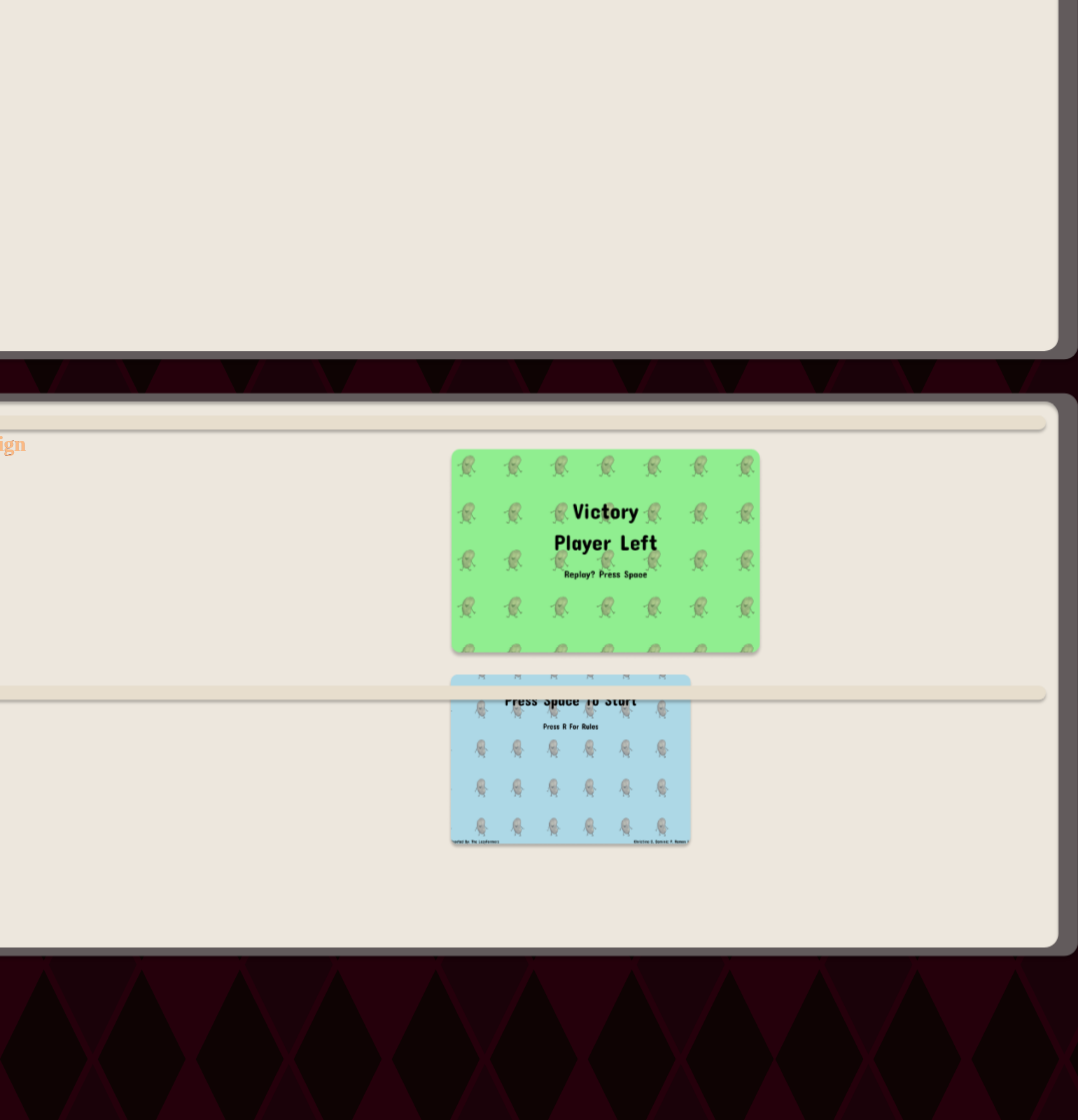
Repository: EMP-ChristinaC/Portfolio
Page: projects/potato-shuffle/potato.html
The author's editor kept a copy of each file at every save. The page is drawn from the files as they stood at one save, then again after the next save.
The browser window is 1280 px wide. The page is 1540 px wide, so the pictures cover 1540 px, including what lies to the right of the window. The pictures show the part of the page from y = 1285 to 2885 px (the page is 6194 px tall), at 70% of full size.
Some web fonts or font styles are not loaded; a fallback is used.

Above is the page before, as saved 2024-12-08 19:56:23.

### projects/potato-shuffle/potato.html
<!DOCTYPE html>
<html lang="en">

<head>
    <meta charset="UTF-8">
    <meta name="viewport" content="width=device-width, initial-scale=1.0">
    <title>CC- Project Potato Shuffle</title>
    <!--- ////////////////// OUTSIDE STYLES //////////////////-->


    <!--- ///////////////// GOOGLE FONTS  ////////////////////-->
    <link rel="preconnect" href="https://fonts.googleapis.com">
    <link rel="preconnect" href="https://fonts.gstatic.com" crossorigin>
    <link
        href="https://fonts.googleapis.com/css2?family=Overlock:ital,wght@0,400;0,700;0,900;1,400;1,700;1,900&family=Vast+Shadow&display=swap"
        rel="stylesheet">

    <!--- /////////////// MY STYLES ////////////////-->

    <link rel="stylesheet" href="potato.css">
    <link rel="stylesheet" href="../../nav.css">
    <link rel="stylesheet" href="media-style-phone-potato.css">
    <link rel="stylesheet" href="../../media-style-two.css">
    <link rel="stylesheet" href="media-style-mac-potato.css">

    <!--- //////////////// FAVICON LINKS ///////////////////-->
    <link rel="shortcut icon" href="../../image/logo.png" type="image/x-icon">
    <link rel="icon" href="../../image/logo.png" type="image/x-icon">

</head>

<body class="home-potato">

    <!--- /////////////////////// NAVIGATION /////////////////////-->
    <header class="navigation">
        <img class="nav-background" src="../../image/nav-background.png"
            alt="A decor for the nav, it holds a logo with diamond patterns in the background.">


        <a href="../../index.html " class="nav-home">Stage</a>
        <a href="../../about-page/about.html" class="nav-about">Director</a>
        <a href="../../contact-page/contact.html" class="nav-contact">Contact</a>
        <a href="../../main-project-page/projects.html" class="nav-projects current">Projects</a>
    </header>


    <!--- /////////////////////// ARROW BUTTON /////////////////////-->
    <a href="../../projects/sniffle/sniffle.html"><img src="../../image/left-arrow.png" class="side-button-left" alt="A."></a>


    <a href="../../projects/smash-n-dash/smash.html"><img src="../../image/right-arrow.png" class="side-button-right" alt="A."></a>



    <!--- /////////////////////// BOX OUTLINE ///////////////////////-->
    <div class="box-outline-outside-potato-overview">
        <div class="box-outline-inside-potato-overview"></div>

        <!-- <div class="dia-left-potato">
            <img src="../../image/Dia-bottom-left.png"
                alt="A diamond pattern decor that is placed onto the bottom left of the box outline">
        </div>

        <div class="dia-right-potato">
            <img src="../../image/Dia-top-right.png"
                alt="A diamond pattern decor that is placed onto the bottom left of the box outline">
        </div> -->


    <div class="box-outline-paragraph-potato">
        <div class="details-potato">
            <h2>About:</h2>
            <p>
                A digital coding game inspired by Hot Potato and WarioWare. It takes elements from both games and with
                the help of Makey-Makey, it creates a fun interactive game.
                <!-- <br><br>
                Here are some images of the game. -->
            </p>
        </div>
    </div>


    <div class="box-outline-type-potato">
        <div class="type-potato">
            <p> Project Type:
                <br>
                Interactive Game
                <br><br>
                Date:
                <br>
                December 2023
                <br><br>
                Link:
                <br>
                <a href="https://emp-christinac.github.io/Potato-Shuffle/index.html">Github</a>
                <br><br>
                Role:
                <br>
                Lead Coder
            </p>
        </div>

<!-- <div class="type-two">
    <p>
        Link:
        <br>
        <a href="https://emp-christinac.github.io/Potato-Shuffle/index.html">Github</a>
        <br><br>
        Role:
        <br>
        Lead Coder
    </p>
</div> -->


        <!-- <div class="type-potato-phone">
            <p> Project Type:
                <br>
                Digital Game
                <br><br>
                Date:
                <br>
                December 2023
            </p>
        </div> -->

        <!-- <div class="type-potato-phone-two">
            <p>
                Link:
                <br>
                <a href="https://empxnifl.github.io/Potato-Shuffle/index.html">Github</a>
                <br><br>
                Role:
                <br>
                Lead Coder
            </p>
        </div> -->
    </div>

    <div class="box-outline-credit">
        <div class="credit">
            <p>Credit to:
                <br>
                Roman Lopez [Lead Designer]
                <br>
                Dominic Perron [Lead Interaction]
            </p>
        </div>

        <div class="mc-overview">
            <img src="../../image/Main-Screen.png" alt="A overview of the project Potato Shuffle.">
        </div>

    </div>




    <div class="box-outline-heading-potato">
        <div class="potato-title">
            <h1>Potato Shuffle</h1>
        </div>
    </div>
</div>
    <!--- ////////////////////////-->
    <div class="box-outline-outside-potato-play">
        <div class="box-outline-inside-potato-play"></div>

        <div>
            <div class="play">
                <p>
                </p>
            </div>

    </div>


    <!--- ////////////////////////-->

    <div class="box-outline-outside-potato-progress">
        <div class="box-outline-inside-potato-progress"></div>

        <!-- <div class="dia-left-two-potato">
            <img src="../../image/Dia-bottom-left.png"
                alt="A diamond pattern decor that is placed onto the bottom left of the box outline">
        </div>

        <div class="dia-right-two-potato">
            <img src="../../image/Dia-top-right.png"
                alt="A diamond pattern decor that is placed onto the bottom left of the box outline">
        </div> -->

        <div class="box-outline-heading-two-potato">
            <div class="heading-two">
                <h1>Menu Design</h1>
            </div>
        </div>
        <div class="box-outline-heading-three-potato">
            <div class="heading-three">
                <h1>Sprites</h1>
            </div>
        </div>

        <div class="potato-menu-one">
            <img src="../../image/Home.png" alt="The home screen of the project.">
        </div>


        <div class="potato-menu-two">
            <img src="../../image/Victory.png" alt="The victory screen of the project.">
        </div>

        <!--- ////////////////////////-->

        <div class="potato-sprites">
            <img src="../../image/potato_sway.gif" alt="A potato gif that shows the potato swaying left and right.">
        </div>


        <div class="potato-sprites-two">
            <img src="../../image/Fail.gif" alt="A explosion gif that says boom.">
        </div>

        <div class="potato-sprites-three">
            <img src="../../image/potato_flip.gif" alt="A potato gif that shows the potato fliping.">
        </div>



    </div>


    <!--- ////////////////////////-->

    <div class="box-outline-outside-potato">
        <div class="box-outline-inside-potato"></div>
        <!-- <div class="dia-left-three-potato">
            <img src="../../image/Dia-bottom-left.png"
                alt="A diamond pattern decor that is placed onto the bottom left of the box outline">
        </div>

        <div class="dia-right-three-potato">
            <img src="../../image/Dia-top-right.png"
                alt="A diamond pattern decor that is placed onto the bottom left of the box outline">
        </div> -->


        <div class="box-outline-heading-four-potato">
            <div class="heading-four-potato">
                <h1>Mini-Game Design</h1>
            </div>

            <div class="potato-event-one">
                <img src="../../image/Event-1.png" alt="One of five mini-game from the project. It shows a character running.">
            </div>

            <div class="potato-event-two">
                <img src="../../image/Event-2.png"
                    alt="One of five mini-game from the project. It shows a character shooting at a muffen.">
            </div>


            <div class="potato-event-three">
                <img src="../../image/Event-3.png"
                    alt="One of five mini-game from the project. It shows a potato dropping into a basket.">
            </div>

            <div class="potato-event-four">
                <img src="../../image/Event-4.png"
                    alt="One of five mini-game from the project. It shows a character digging up a potato.">
            </div>


            <div class="potato-event-five">
                <img src="../../image/Event-5.png" alt="One of five mini-game from the project. It shows a potato being peeled.">
            </div>

        </div>

    </div>

    <!--- ////////////////////////-->

    <div class="box-outline-outside-foot">
        <div class="box-outline-inside-foot"></div>

            <footer class="section">
                <p>© 2024 by Christina Chan. Powered and secured by Github</p>

                <div>
                    <a class="github" href="https://github.com/EMP-ChristinaC"> <img src="../../image/Github-icon.png"
                            alt="Github icon image."></a>

                    <a class="twitter" href="https://x.com/EMP_Nifl"> <img src="../../image/Twitter-Icon.png"
                            alt="Twitter icon image."></a>

                    <a class="discord" href="https://discordapp.com/users/456539039286165514"> <img src="../../image/discord-icon.webp"
                            alt="Discord icon image."></a>

                    <a class="linkedin" href="https://www.linkedin.com/in/christina-chan-290a29323/"> <img src="../../image/Linkedin-icon.webp"
                            alt="Linkedin icon image."></a>
                </div>

            </footer>
    </div>
    <!--- /////////////////////// DECOR  ///////////////////////-->


    <!-- <div class="left-curtain">
        <img src="../../image/curtains-left.png" alt="A curtain decor that is placed on the left side of the website.">
    </div>

    <div class="right-curtain">
        <img src="../../image/curtain-right.png" alt="A curtain decor that is placed on the right side of the website.">
    </div> -->

    <!--- /////////////////////// TEXT ///////////////////////-->


    <!--- /////////////////////// IMAGES ///////////////////////-->


    <!--- ////////////////////////-->




    <!--- ////////////////////////-->



</body>

</html>

### projects/potato-shuffle/potato.css

/*///////////////////////////////// Box Outline ////////////////////////////*/
.box-outline-outside-potato-overview,
.box-outline-outside-potato-progress,
.box-outline-outside-potato-play {
    width: 1800px;
    height: 804px;
    background: rgba(98, 91, 92);
    box-shadow: 0px 4px 4px rgba(0, 0, 0, 0.25);
    border-radius: 20px;
}

.box-outline-outside-potato-overview {
    position: absolute;
    top: 50%;
    left: 50%;
    transform: translate(-50%, -27%);
}

.box-outline-outside-potato-play {
    position: absolute;
    top: 50%;
    left: 50%;
    transform: translate(-50%, 79%);
}

.box-outline-outside-potato-progress {
    position: absolute;
    top: 50%;
    left: 50%;
    transform: translate(-50%, 56%);
}

/*//////////////////////////////////*/


.box-outline-outside-potato {
    width: 1800px;
    height: 990px;
    background: rgba(98, 91, 92);
    box-shadow: 0px 4px 4px rgba(0, 0, 0, 0.25);
    border-radius: 20px;
}

.box-outline-outside-potato {
    position: absolute;
    top: 50%;
    left: 50%;
    transform: translate(-50%, 2340px);
}



/*//////////////////////////////////////////////////////////////////////////////*/

.box-outline-inside-potato-overview,
.box-outline-inside-potato-progress,
.box-outline-inside-potato-play {
    width: 1745px;
    height: 780px;
    background: #EDE7DD;
    box-shadow: 0px 4px 4px rgba(0, 0, 0, 0.25) inset;
    border-radius: 20px;
}

.box-outline-inside-potato-play {
    position: absolute;
    top: 1.5%;
    left: 1.5%;
}

.box-outline-inside-potato-overview {
    position: absolute;
    top: 1.5%;
    left: 1.5%;
    /* transform: translate(-50%, -26.3%); */
}


.box-outline-inside-potato-progress {
    position: absolute;
    top: 1.5%;
    left: 1.5%;
    /* transform: translate(-50%, 84%); */
}


.box-outline-inside-potato {
    width: 1745px;
    height: 960px;
    background: #EDE7DD;
    box-shadow: 0px 4px 4px rgba(0, 0, 0, 0.25) inset;
    border-radius: 20px;
}

.box-outline-inside-potato {
    position: absolute;
    top: 1.5%;
    left: 1.5%;
    /* transform: translate(-50%, 1506px); */
}



/*///////////////////////////HEADING BOX////////////////////////////*/



.box-outline-heading-potato {
    width: 1700px;
    height: 20px;
    background: #E7DECD;
    box-shadow: 0px 4px 4px rgba(0, 0, 0, 0.25);
    border-radius: 20px;
    z-index: 1;
}

.box-outline-heading-potato {
    position: absolute;
    top: 28%;
    left: 50%;
    transform: translate(-50%, -920%);
}



.box-outline-heading-two-potato,
.box-outline-heading-three-potato,
.box-outline-heading-four-potato {
    width: 1700px;
    height: 20px;
    background: #E7DECD;
    box-shadow: 0px 4px 4px rgba(0, 0, 0, 0.25);
    border-radius: 20px;
    z-index: 1;
    position: absolute;

}

.box-outline-heading-two-potato {
    /* transform: translate(-50%, 1270%); */
    top: 4%;
    left: 3%;
}

.box-outline-heading-three-potato {
    /* transform: translate(-50%, 1900%); */
    top: 52%;
    left: 3%;
}

.box-outline-heading-four-potato {
    /* transform: translate(-50%, 2800%); */

}

.box-outline-heading-five-potato {
    /* transform: translate(-50%, 3450%); */

}

/*/////////////////////////////////////*/

.box-outline-paragraph-potato,
.box-outline-type-potato,
.box-outline-credit {
    /* background: #E7DECD;
    box-shadow: 0px 4px 4px rgba(0, 0, 0, 0.25);
    border-radius: 20px; */
    position: absolute;
    top: 50%;
    left: 30%;
}


.box-outline-paragraph-potato {
    width: 375px;
    height: 330px;
    transform: translate(-116%, -10%);
    z-index: 1;
}


.box-outline-type-potato {
    width: 375px;
    height: 200px;
    transform: translate(-116%, 90%);
    z-index: 1;
}

.box-outline-credit {
    width: 375px;
    height: 60px;
    transform: translate(-30%, 350%);
    z-index: 1;
}



/*/////////////////////////////////////*/

.box-outline-outside-foot {
    width: 100%;
    height: 200px;
    background: rgba(98, 91, 92);
    box-shadow: 0px 4px 4px rgba(0, 0, 0, 0.25);
    border-radius: 20px 20px 0 0;
    position: absolute;
    top: 50%;
    left: 50%;
    transform: translate(-50%, 1690%);
}

/*/////////////////////////////////////*/

.box-outline-inside-foot {
    width: 99%;
    height: 185px;
    position: absolute;
    background: #EDE7DD;
    box-shadow: 0px 4px 4px rgba(0, 0, 0, 0.25) inset;
    border-radius: 20px 20px 0 0;
    position: absolute;
    /* transform: translate(-50%, 1359%); */
    top: 8%;
    left: 0.5%;
}



/*///////////////////////////////// Decor ////////////////////////////*/

.dia-left-potato img {
    position: absolute;
    top: 27%;
    left: 50%;
    transform: translate(-384%, 205%);
}

.dia-right-potato img {
    position: absolute;
    top: 27%;
    right: 50%;
    transform: translate(385%, -107%);
}

/*//////////////////////////////////////////////////////////////////////*/

.dia-left-two-potato img {
    position: absolute;
    top: -80%;
    left: 50%;
    transform: translate(-384%, 656%);
}

.dia-right-two-potato img {
    position: absolute;
    top: -80%;
    right: 50%;
    transform: translate(385%, 344%);
}

/*/////////////////////////////////////*/

.dia-left-three-potato img {
    position: absolute;
    top: -186%;
    left: 50%;
    transform: translate(-384%, 1378%);
}

.dia-right-three-potato img {
    position: absolute;
    top: -186%;
    right: 50%;
    transform: translate(385%, 972%);
}

/*/////////////////////////////////////*/

.left-curtain {
    position: fixed;
    top: 0%;
    left: 11%;
    transform: translate(-100%);
}

.right-curtain {
    position: fixed;
    top: 0%;
    right: 11%;
    transform: translate(100%);
}

/*///////////////////////////////// Heading Text ////////////////////////////*/

.potato-title {
    width: 827px;
    text-align: center;
    color: #FABA84;
    font-size: 25px;
    font-family: Vast Shadow;
    font-weight: 400;
    -webkit-text-stroke: 0.1px #4C0B13;
    z-index: 1;
}

.potato-title {
    position: absolute;
    top: -20%;
    left: -9%;
    /* transform: translate(-50%, -320%); */
}


.heading-two,
.heading-three,
.heading-four-potato {
    width: 827px;
    text-align: center;
    color: #FABA84;
    font-family: Vast Shadow;
    font-weight: 400;
    -webkit-text-stroke: 0.1px #4C0B13;
    z-index: 1;
    position: absolute;
    top: 20%;
    left: -15%;
    font-size: 15px;
}



/*///////////////////////////////// Paragraph Text ////////////////////////////*/

.details-potato p,
.details-potato h2,
.type-potato p,
.type-two p,
.credit p {
    color: #1E1E1E;
    font-family: Overlock;
    font-weight: 900;

}
.details-potato h2 {
    width: 600px;
    font-size: 35px;
    line-height: 32px;
    letter-spacing: 2px;
    position: absolute;
    top: -70%;
    left: 5%;
    z-index: 1;
}

.details-potato p {
    width: 600px;
    font-size: 25px;
    line-height: 32px;
    letter-spacing: 2px;
    position: absolute;
    top: -55%;
    left: 5%;
    z-index: 1;
    /* transform: translate(-90%, -28%); */

}

.type-potato p {
    width: 440px;
    font-size: 25px;
    line-height: 28px;
    letter-spacing: 2px;
    position: absolute;
    top: -100%;
    left: 5%;
    /* transform: translate(-95%, 105%); */
    z-index: 1;

}

.type-two p {
    width: 440px;
    font-size: 25px;
    line-height: 28px;
    letter-spacing: 2px;
    position: absolute;
    top: 0%;
    left: 64%;
    /* transform: translate(-42%, 420%); */
    z-index: 1;
}

.credit p {
    width: 440px;
    font-size: 25px;
    line-height: 32px;
    letter-spacing: 2px;
    position: absolute;
    top: -385%;
    left: 5%;
    /* transform: translate(-42%, 420%); */
    z-index: 1;
}





/*/////////////////////////////////////*/

footer.section {
    text-align: center;
    color: black;
    font-size: 14px;
    font-family: Overlock;
    font-weight: 400;

    width: 500px;
    position: absolute;
    top: 50%;
    left: 50%;
    transform: translate(-53%, 80%);

}

footer.section p {
    width: 100%;
    height: 100%;
    transform: translate(1%, 35%);
}


/*///////////////////////////////// Images ////////////////////////////*/


.mc-overview {
    width: 775px;
    height: 675px;
    position: absolute;
    top: -750%;
    left: 155%;
    overflow: hidden;
    box-shadow: 0px 4px 4px rgba(0, 0, 0, 0.25);
    border-radius: 30px;
    transform: translate(-8%, -11%);
    }



.mc-overview img {
    width: 100%;
    height: 105%;
    object-fit: cover;
    transform: translate(-0%, 0%);

    transition: all 0.3s ease-in-out;
}


.potato {
    width: 258px;
    height: 547px;
    box-shadow: 0px 4px 4px rgba(0, 0, 0, 0.25);
    border-radius: 20px;
    background-position: center;

    position: absolute;
    top: 50%;
    left: 50%;
    transform: translate(70%, 302%);
}

.potato-projects {
    width: 258px;
    height: 547px;
    box-shadow: 0px 4px 4px rgba(0, 0, 0, 0.25);
    border-radius: 20px;
    background-position: center;

    position: absolute;
    top: 50%;
    left: 50%;
    transform: translate(70%, -5%);
}

.potato-menu-one img {
    width: 350px;
    height: 250px;
    position: absolute;
    top: 50%;
    left: 50%;
    /* transform: translate(-110%, 310%); */
}

.potato-menu-two img {
    width: 450px;
    height: 300px;
    position: absolute;
    top: 10%;
    left: 50%;
    /* transform: translate(10%, 310%); */
}


.potato-sprites img {
    width: 300px;
    height: 300px;
    position: absolute;
    top: 50%;
    left: 50%;
    transform: translate(-150%, 370%);
}

.potato-sprites-two img {
    width: 300px;
    height: 300px;
    position: absolute;
    top: 50%;
    left: 50%;
    transform: translate(-50%, 370%);
}

.potato-sprites-three img {
    width: 300px;
    height: 300px;
    position: absolute;
    top: 50%;
    left: 50%;
    transform: translate(50%, 370%);
}

.potato-event-one img {
    width: 409px;
    height: 266px;
    position: absolute;
    top: 50%;
    left: 50%;
    transform: translate(-105%, 610%);
}

.potato-event-two img {
    width: 409px;
    height: 266px;
    position: absolute;
    top: 50%;
    left: 50%;
    transform: translate(4%, 610%);
}

.potato-event-three img {
    width: 409px;
    height: 266px;
    position: absolute;
    top: 50%;
    left: 50%;
    transform: translate(-105%, 715%);
}

.potato-event-four img {
    width: 409px;
    height: 266px;
    position: absolute;
    top: 50%;
    left: 50%;
    transform: translate(4%, 715%);
}

.potato-event-five img {
    width: 409px;
    height: 266px;
    position: absolute;
    top: 50%;
    left: 50%;
    transform: translate(-105%, 820%);
}

/*/////////////////////////////////////*/
.github {
    width: 45px;
    height: 45px;
    position: absolute;
    top: 50%;
    left: 50%;
    overflow: hidden;
    box-shadow: 0px 4px 4px rgba(0, 0, 0, 0.25);
    border-radius: 30px;
    transform: translate(-250%, -180%);
}

.github img {
    width: 100%;
    height: 100%;
    object-fit: cover;
    transition: all 0.3s ease-in-out;
    transform: translate(0%, 0%);
}

.twitter {
    width: 45px;
    height: 45px;
    position: absolute;
    top: 50%;
    left: 50%;
    overflow: hidden;
    box-shadow: 0px 4px 4px rgba(0, 0, 0, 0.25);
    border-radius: 30px;
    transform: translate(-100%, -180%);
}

.twitter img {
    width: 100%;
    height: 100%;
    object-fit: cover;
    transition: all 0.3s ease-in-out;
    transform: translate(-0%, -0%);
}


.discord {
    width: 45px;
    height: 45px;
    position: absolute;
    top: 50%;
    left: 50%;
    overflow: hidden;
    box-shadow: 0px 4px 4px rgba(0, 0, 0, 0.25);
    border-radius: 30px;
    transform: translate(50%, -180%);
}

.discord img {
    width: 100%;
    height: 100%;
    object-fit: cover;
    transition: all 0.3s ease-in-out;
    transform: translate(-0%, -0%);
}


.linkedin {
    width: 45px;
    height: 45px;
    position: absolute;
    top: 50%;
    left: 50%;
    overflow: hidden;
    box-shadow: 0px 4px 4px rgba(0, 0, 0, 0.25);
    border-radius: 30px;
    transform: translate(200%, -180%);
}

.linkedin img {
    width: 100%;
    height: 100%;
    object-fit: cover;
    transition: all 0.3s ease-in-out;
    transform: translate(-0%, -0%);
}

### media-style-two.css
@media screen and (max-width: 1660px) {

    .left-curtain {
        display: none;
    }

    .right-curtain {
        display: none;
    }

}

Loaded but not shown: projects/potato-shuffle/media-style-phone-potato.css (424 lines, source omitted); nav.css (208 lines, source omitted); projects/potato-shuffle/media-style-mac-potato.css (93 lines, source omitted)

After the next save:
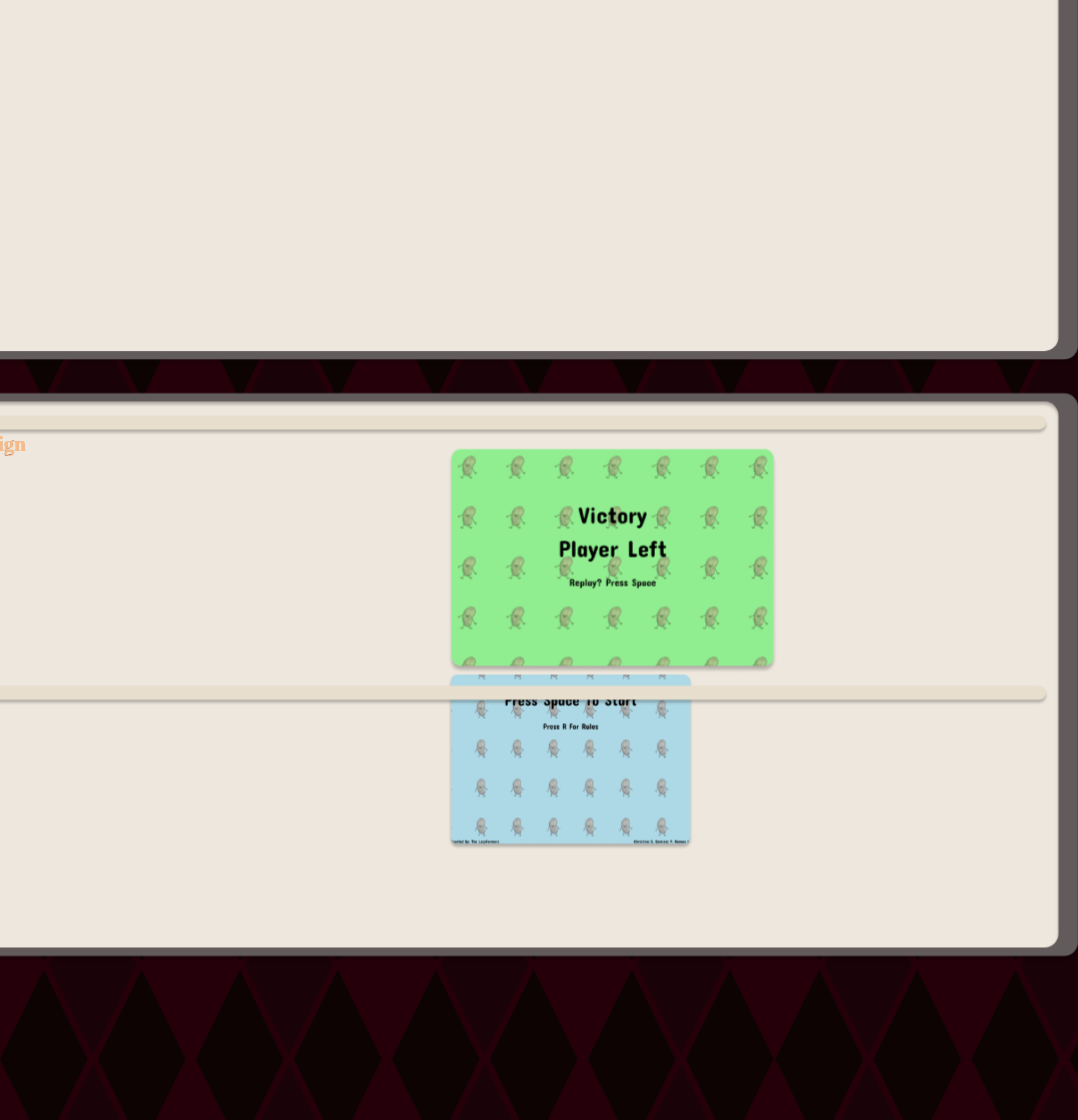
Saved 9 s later.
--- a/projects/potato-shuffle/potato.css
+++ b/projects/potato-shuffle/potato.css
@@ -495,8 +495,8 @@ footer.section p {
 }
 
 .potato-menu-two img {
-    width: 450px;
-    height: 300px;
+    width: 470px;
+    height: 320px;
     position: absolute;
     top: 10%;
     left: 50%;
